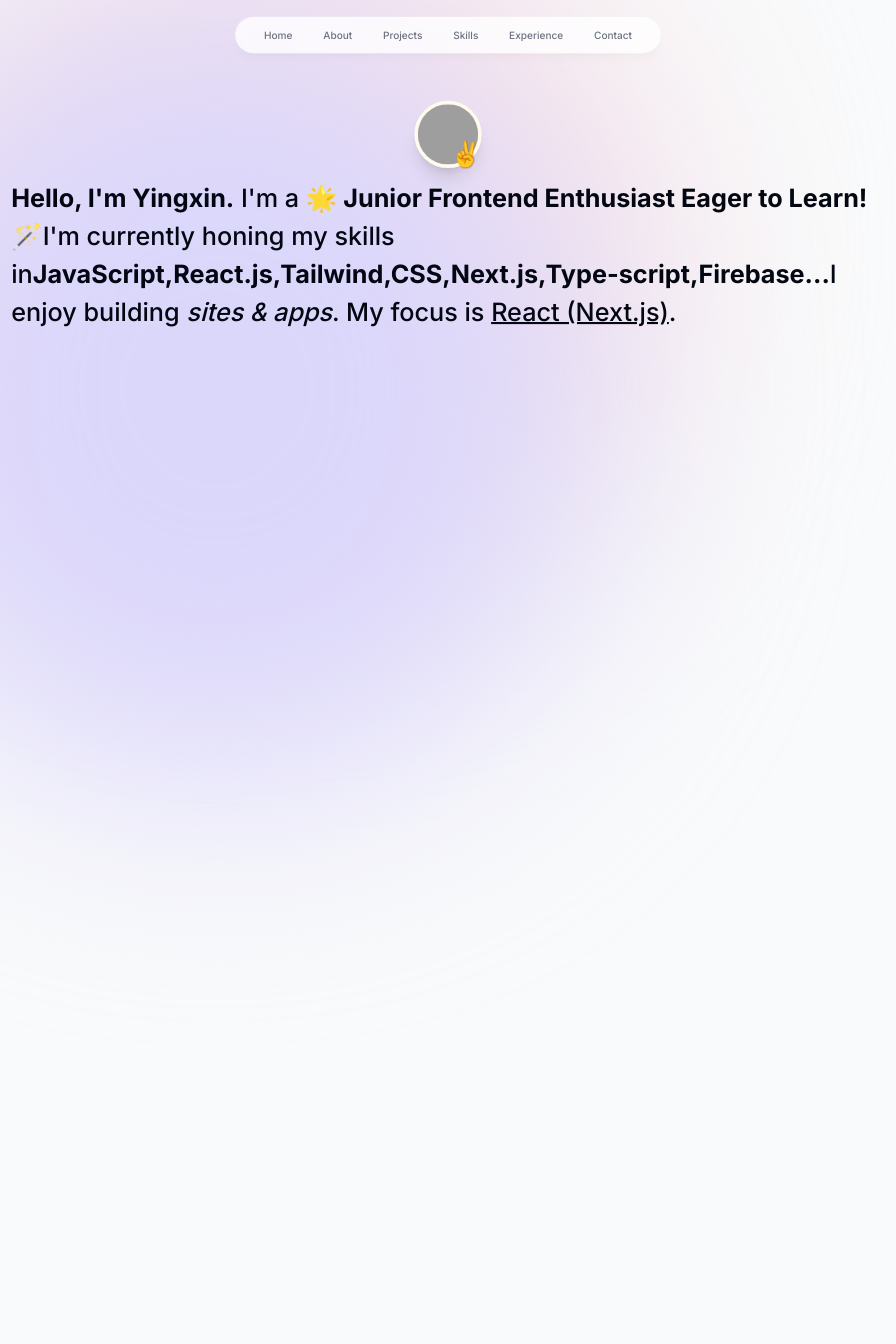
Repository: Tracy-maker/portfolio_website
Page: /
These files come from the project's save history. The page is drawn as it stood at one moment and after a run of saves; the edit follows.
The browser window is 1280 px wide. The pictures show the part of the page from y = 0 to 1920 px (the page is 5000 px tall), at 70% of full size.
Pictures or frames that could not be fetched are drawn as grey boxes. The project was rebuilt for these pictures with package versions that can differ from the ones it lists, and the page was loaded fresh each time. The framework's server and built-in components were replaced by stand-ins that run in the browser. Also part of the build but not shown: next.config.js.

Above is the page before, as saved 2023-10-02 17:51:35.

### app/layout.tsx
import Header from "@/components/header";
import "./globals.css";
import type { Metadata } from "next";
import { Inter } from "next/font/google";

const inter = Inter({ subsets: ["latin"] });

export const metadata: Metadata = {
  title: "Yingxin_Zhang | Portfolio",
  description: "Yingxin_Zhang is a front-end developer",
};

export default function RootLayout({
  children,
}: {
  children: React.ReactNode;
}) {
  return (
    <html lang="en">
      <body
        className={`${inter.className} bg-gray-50 text-gray-950 relative h-[5000px] pt-28 sm:pt-36`}
      >
        <div className="bg-[#fbe2e3] absolute top-[-6rem] -z-10 right-[21rem] h-[56.25rem] w-[31.25rem] rounded-full blur-[10rem] sm:w-[68.75rem]"></div>
        <div className="bg-[#dbd7fb] absolute top-[-1rem] -z-10 left-[-45rem] h-[71.25rem] w-[-30rem] rounded-full blur-[10rem] sm:w-[68.75rem] md:left-[-33rem] lg:left-[-28rem] xl:left-[-15rem] 2xl:left-[-5rem]"></div>
        <Header />
        {children}
      </body>
    </html>
  );
}

### app/page.tsx
import Intro from "@/components/intro";
import Image from "next/image";

export default function Home() {
  return (
    <main className="">
      <Intro />
    </main>
  );
}

### components/header.tsx
"use client";
import { motion } from "framer-motion";
import { links } from "@/lib/data";
import Link from "next/link";

export default function Header() {
  return (
    <header className="z-[999] relative">
      <motion.div
        className="fixed top-0 left-1/2 h-[4.5rem] w-full
        rounded-none border border-white border-opacity-40
        bg-white bg-opacity-80 shadow-lg shadow-black/[0.03]
        backdrop-blur-[0.5rem] sm:top-6 sm:h-[3.25rem] sm:w-[38rem] sm:rounded-full"
        initial={{ y: -100, x: "-50%", opacity: 0 }}
        animate={{ y: 0, x: "-50%", opacity: 1 }}
      ></motion.div>

      <nav className="flex fixed top-[0.15rem] left-1/2 h-12 -translate-x-1/2 py-2 sm:top-[1.7rem] sm:h-[initial] sm:py-0">
        <ul className="flex w-[22rem] flex-wrap items-center justify-center gap-y-1 text-[0.9rem] font-medium text-gray-500 sm:w-[initial] sm:flex-nowrap sm:gap-5">
          {links.map((link) => (
            <motion.li
              className="h-3/4 flex items-center justify-center relative"
              key={link.hash}
              initial={{ y: -100, opacity: 0 }}
              animate={{ y: 0, opacity: 1 }}
            >
              <Link
                className="flex w-full items-center justify-center px-3 py-3 hover:text-gray-950 transition"
                href={link.hash}
              >
                {link.name}
              </Link>
            </motion.li>
          ))}
        </ul>
      </nav>
    </header>
  );
}

### components/intro.tsx
"use client";

import Image from "next/image";
import React from "react";
import { motion } from "framer-motion";

export default function Intro() {
  return (
    <section>
      <div className="flex items-center justify-center">
        <div className="relative">
          <motion.div
            initial={{ opacity: 0, scale: 0 }}
            animate={{ opacity: 1, scale: 1 }}
            transition={{
              type: "tween",
              duration: 0.2,
            }}
          >
            <Image
              src="https://i.ibb.co/MRHHtS5/Wechat-IMG7.jpg"
              alt="Personal image"
              width="192"
              height="192"
              quality="98"
              priority={true}
              className="h-24 w-24 rounded-full object-cover border-[0.35rem] border-amber-50 shadow-xl"
            />
          </motion.div>

          <motion.span
            className="absolute bottom-0 right-0 text-4xl"
            initial={{ opacity: 0, scale: 0 }}
            animate={{ opacity: 1, scale: 1 }}
            transition={{
              type: "spring",
              stiffness: 125,
              delay: 0.1,
              duration: 0.7,
            }}
          >
            ✌️
          </motion.span>
        </div>
      </div>
      <motion.h1
        className="mb-10 mt-4 px-4 text-2xl font-medium !leading-[1.5] sm:text-4xl"
        initial={{ opacity: 0, y: 100 }}
        animate={{ opacity: 1, y: 0 }}
      >
        <span className="font-bold">Hello, I'm Yingxin.</span> I'm a{" "}
        <span className="font-bold">
          🌟 Junior Frontend Enthusiast Eager to Learn! 🪄
        </span>
        I'm currently honing my skills in
        <span className="font-bold">
           JavaScript,React.js,Tailwind,CSS,Next.js,Type-script,Firebase...
        </span>
        I enjoy building <span className="italic">sites & apps</span>. My focus
        is <span className="underline">React (Next.js)</span>.
      </motion.h1>
    </section>
  );
}

### lib/data.ts
import React from "react";
import { CgWorkAlt } from "react-icons/cg";
import { FaReact } from "react-icons/fa";
import { LuGraduationCap } from "react-icons/lu";
import p1Img from "@/public/p1.png";
import p2Img from "@/public/p2.png";
import p3Img from "@/public/p3.png";

export const links = [
  {
    name: "Home",
    hash: "#home",
  },
  {
    name: "About",
    hash: "#about",
  },
  {
    name: "Projects",
    hash: "#projects",
  },
  {
    name: "Skills",
    hash: "#skills",
  },
  {
    name: "Experience",
    hash: "#experience",
  },
  {
    name: "Contact",
    hash: "#contact",
  },
] as const;

export const experiencesData = [
  {
    title: "Graduated bootcamp",
    location: "Miami, FL",
    description:
      "I graduated after 6 months of studying. I immediately found a job as a front-end developer.",
    icon: React.createElement(LuGraduationCap),
    date: "2019",
  },
  {
    title: "Front-End Developer",
    location: "Orlando, FL",
    description:
      "I worked as a front-end developer for 2 years in 1 job and 1 year in another job. I also upskilled to the full stack.",
    icon: React.createElement(CgWorkAlt),
    date: "2019 - 2021",
  },
  {
    title: "Full-Stack Developer",
    location: "Houston, TX",
    description:
      "I'm now a full-stack developer working as a freelancer. My stack includes React, Next.js, TypeScript, Tailwind, Prisma and MongoDB. I'm open to full-time opportunities.",
    icon: React.createElement(FaReact),
    date: "2021 - present",
  },
] as const;

export const projectsData = [
  {
    title: "CorpComment",
    description:
      "I worked as a full-stack developer on this startup project for 2 years. Users can give public feedback to companies.",
    tags: ["React", "Next.js", "MongoDB", "Tailwind", "Prisma"],
    imageUrl: p1Img,
  },
  {
    title: "rmtDev",
    description:
      "Job board for remote developer jobs. I was the front-end developer. It has features like filtering, sorting and pagination.",
    tags: ["React", "TypeScript", "Next.js", "Tailwind", "Redux"],
    imageUrl: p2Img,
  },
  {
    title: "Word Analytics",
    description:
      "A public web app for quick analytics on text. It shows word count, character count and social media post limits.",
    tags: ["React", "Next.js", "SQL", "Tailwind", "Framer"],
    imageUrl: p3Img,
  },
] as const;

export const skillsData = [
  "HTML",
  "CSS",
  "JavaScript",
  "TypeScript",
  "React",
  "Next.js",
  "Git",
  "MUI-material",
  "Tailwind",
  "REST-API",
  "PostgreSQL",
  "Framer Motion",
] as const;

Loaded but not shown: app/globals.css (common file); tailwind.config.ts (common file)

After the next 2 saves:
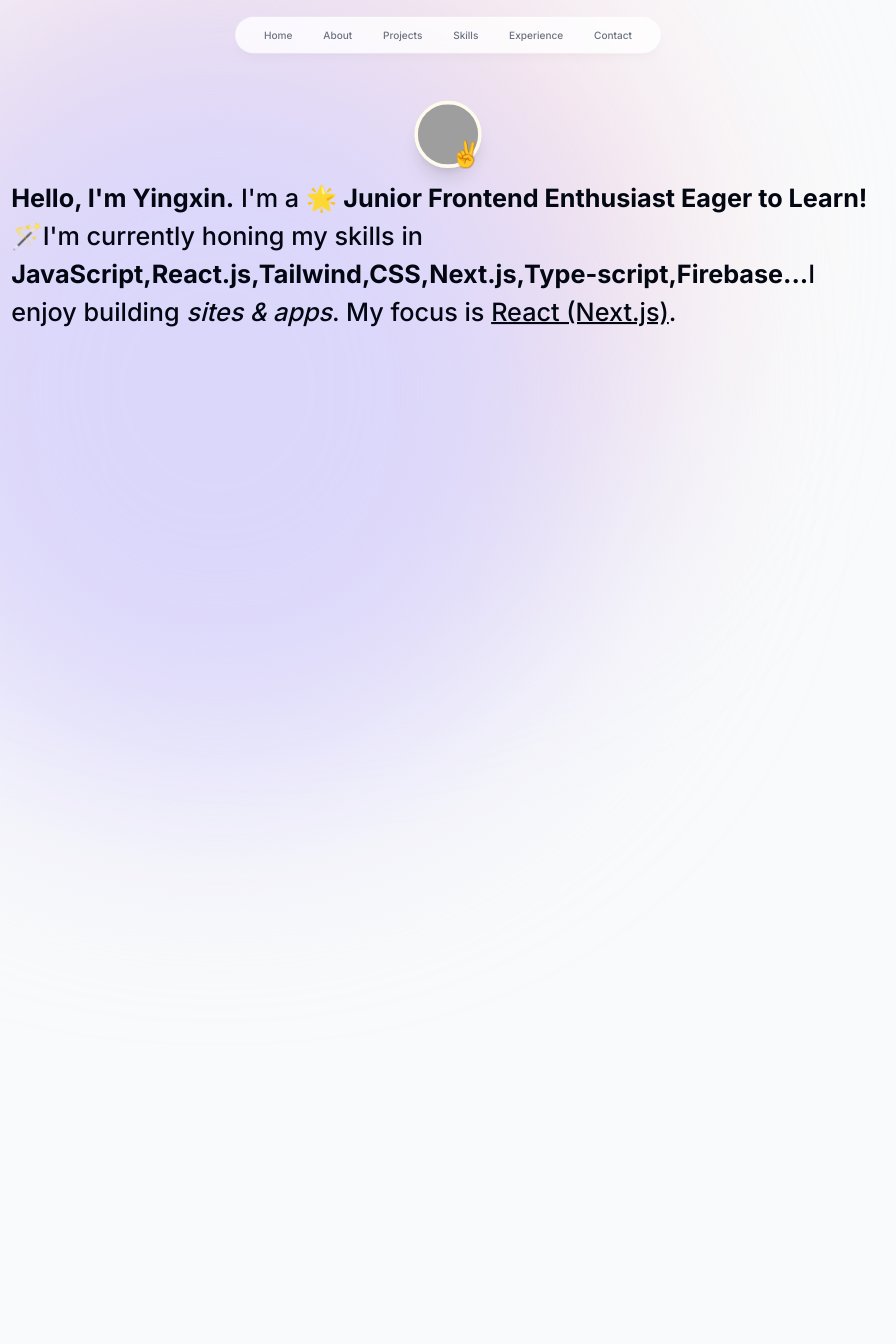
The 2 saves are shown as one change because they came seconds apart.
The last was saved 9 s later.
--- a/components/intro.tsx
+++ b/components/intro.tsx
@@ -54,7 +54,7 @@
         </span>
         I'm currently honing my skills in
         <span className="font-bold">
-           JavaScript,React.js,Tailwind,CSS,Next.js,Type-script,Firebase...
+          {""} JavaScript,React.js,Tailwind,CSS,Next.js,Type-script,Firebase...
         </span>
         I enjoy building <span className="italic">sites & apps</span>. My focus
         is <span className="underline">React (Next.js)</span>.
